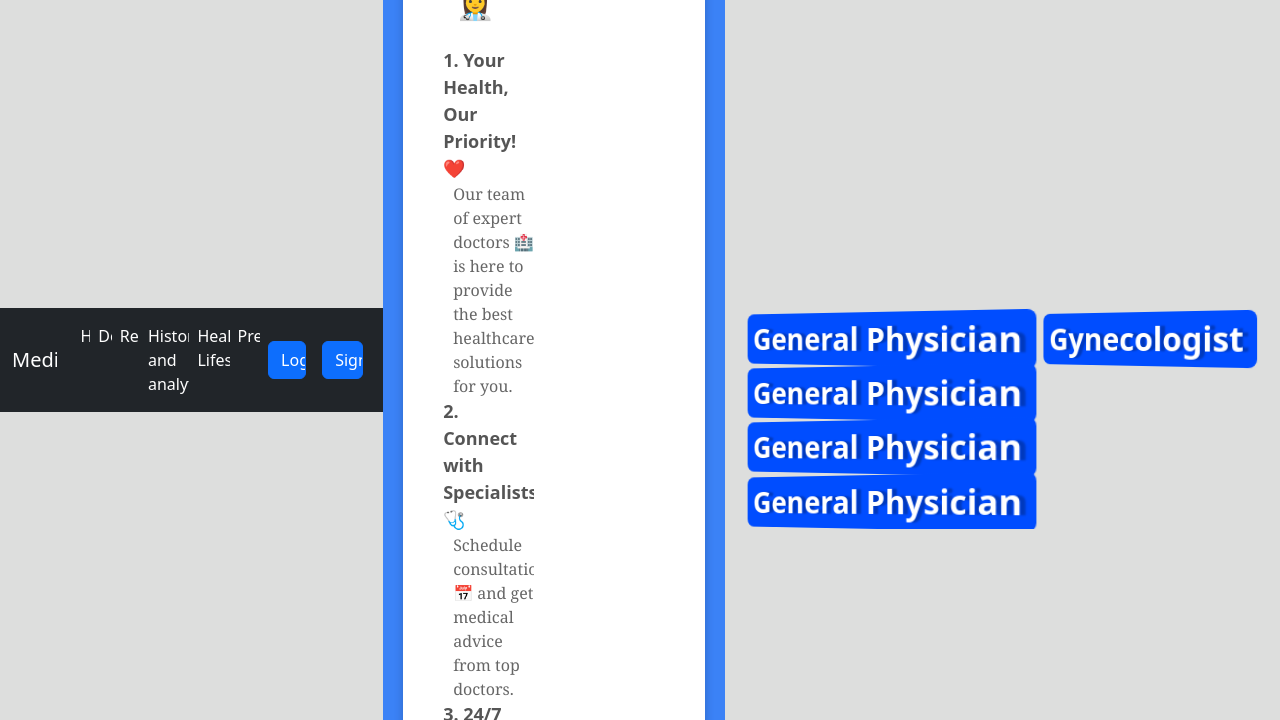
Repository: rahul-chakradhari/PillWise
Page: /doctors (app in frontend/)
The author's editor kept a copy of each file at every save. The page is drawn from the files as they stood at one save, then again after the next save.
The browser window is 1280 px wide. The pictures show the whole page.
The page's requests for data from a server got no answer. The project was rebuilt for these pictures with package versions that can differ from the ones it lists, and the page was loaded fresh each time. No one was signed in, and anything a server would have sent is missing. Also part of the build but not shown: frontend/vite.config.js, frontend/src/components/Home.jsx, frontend/src/components/History.jsx, frontend/src/components/Remainder.jsx, frontend/src/components/Healthy.jsx, frontend/src/components/Prescription.jsx.

Above is the page before, as saved 2025-03-06 18:06:51.

### frontend/index.html
<!DOCTYPE html>
<html lang="en">
  <head>
    <meta charset="UTF-8" />
    <link rel="icon" type="image/svg+xml" href="/vite.svg" />
    <meta name="viewport" content="width=device-width, initial-scale=1.0" />
    <link
      href="https://cdn.jsdelivr.net/npm/bootstrap@5.3.3/dist/css/bootstrap.min.css"
      rel="stylesheet"
      integrity="sha384-QWTKZyjpPEjISv5WaRU9OFeRpok6YctnYmDr5pNlyT2bRjXh0JMhjY6hW+ALEwIH"
      crossorigin="anonymous"
    />
    <link
      rel="stylesheet"
      href="https://cdnjs.cloudflare.com/ajax/libs/font-awesome/6.5.1/css/all.min.css"
    />

    <title>MediTrack-Smart-Medicine-Reminder-Tracker</title>
  </head>
  <body>
    <div id="root"></div>
    <script type="module" src="/src/main.jsx"></script>
    <script
      src="https://cdn.jsdelivr.net/npm/bootstrap@5.3.3/dist/js/bootstrap.bundle.min.js"
      integrity="sha384-YvpcrYf0tY3lHB60NNkmXc5s9fDVZLESaAA55NDzOxhy9GkcIdslK1eN7N6jIeHz"
      crossorigin="anonymous"
    ></script>
  </body>
</html>

### frontend/src/App.jsx
import "./App.css";

import { Routes, Route } from "react-router-dom";
import Navbar from "./components/Navbar";
import Home from "./components/Home";
import History from "./components/History";
import Remainder from "./components/Remainder";
import Doctors from "./components/Doctors";
import Healthy from "./components/Healthy";
import Prescription from "./components/Prescription";
function App() {
  return (
    <div className="app">
      <Navbar />
      <Routes>
        <Route path="/" element={<Home />} />
        <Route path="/history" element={<History />} />
        <Route path="/remainder" element={<Remainder />} />
        <Route path="/doctors" element={<Doctors />} />
        <Route path="/healthy" element={<Healthy />} />
        <Route path="/prescription" element={<Prescription />} />
      </Routes>
    </div>
  );
}

export default App;

### frontend/src/App.css
* {
  margin: 0;
}
.app {
  background-color: #dddedd;
  min-height: 100vh;
  display: flex;
  justify-content: center;
  align-items: center;
}

### frontend/src/components/Navbar.jsx
import React from "react";
import { Link } from "react-router-dom";
const Navbar = () => {
  const isLoggedin = localStorage.getItem("auth-token");
  return (
    <div>
      <nav className="navbar navbar-expand-lg navbar-dark bg-dark">
        <div className="container-fluid">
          <Link className="navbar-brand" to="#">
            MediTrack <i className="fa-solid fa-house-medical"></i>{" "}
          </Link>
          <button
            className="navbar-toggler"
            type="button"
            data-bs-toggle="collapse"
            data-bs-target="#navbarSupportedContent"
            aria-controls="navbarSupportedContent"
            aria-expanded="false"
            aria-label="Toggle navigation"
          >
            <span className="navbar-toggler-icon"></span>
          </button>
          <div className="collapse navbar-collapse" id="navbarSupportedContent">
            <ul className="navbar-nav me-auto mb-2 mb-lg-0">
              <li className="nav-item">
                <Link className="nav-link active" aria-current="page" to="/">
                  Home
                </Link>
              </li>

              <li className="nav-item">
                <Link
                  className="nav-link active"
                  aria-current="page"
                  to="/doctors"
                >
                  Doctors
                </Link>
              </li>
              <li className="nav-item">
                <Link
                  className="nav-link active"
                  aria-current="page"
                  to="/remainder"
                >
                  Remainder
                </Link>
              </li>
              <li className="nav-item">
                <Link
                  className="nav-link active"
                  aria-current="page"
                  to="/history"
                >
                  History and analytics
                </Link>
              </li>
              <li className="nav-item">
                <Link
                  className="nav-link active"
                  aria-current="page"
                  to="/healthy"
                >
                  Healthy Lifestyle
                </Link>
              </li>
              <li className="nav-item">
                <Link
                  className="nav-link active"
                  aria-current="page"
                  to="/prescription"
                >
                  Prescription
                </Link>
              </li>

              {/*"Contribute" tab sirf logged-in users ke liye */}
              {isLoggedin && (
                <li>
                  <Link className="nav-link-active" to="/contribute">
                    Contribute
                  </Link>
                </li>
              )}
            </ul>
            <Link to="/login" className="btn btn-primary mx-2">
              Login
            </Link>
            <Link to="/signup" className="btn btn-primary mx-2">
              Signup
            </Link>
          </div>
        </div>
      </nav>
    </div>
  );
};

export default Navbar;

### frontend/src/components/Doctors.jsx
import React, { useEffect, useState } from "react";
import Lottie from "lottie-react";
import "./styles.css";

const Doctors = () => {
  const [animationData, setAnimationData] = useState(null);

  useEffect(() => {
    fetch("/Animation - 1741258183863.json")
      .then((response) => response.json())
      .then((data) => setAnimationData(data))
      .catch((error) => console.error("Error loading animation:", error));
  }, []);

  return (
    <>
      <div className="doctors-container">
        <div className="doctors-content">
          <div className="doctors-text">
            <div className="title">Meet Our Doctors 👨‍⚕️👩‍⚕️</div>
            <div className="texts">
              <b>
                {" "}
                1. Your Health, Our Priority! ❤️ <br />
              </b>
              <div className="subtexts">
                Our team of expert doctors 🏥 is here to provide the best
                healthcare solutions for you.
              </div>
              <b>
                2. Connect with Specialists 🩺 <br />
              </b>
              <div className="subtexts">
                Schedule consultations 📅 and get medical advice from top
                doctors.
              </div>
              <b>
                {" "}
                3. 24/7 Medical Assistance 🚑 <br />
              </b>
              <div className="subtexts">
                Get round-the-clock support and emergency medical help when
                needed.
              </div>
              <br />
              <button className="button-64" role="button">
                <span className="text">Book appointment</span>
              </button>
            </div>
          </div>
          <div className="doctors-image">
            {animationData && (
              <Lottie
                animationData={animationData}
                loop={true}
                className="animation-style"
              />
            )}
          </div>
        </div>
      </div>
      <div>
        <div className="speci">
          <h3>Find by Speciality</h3>
        </div>
        <button class="button-92" role="button">
          General Physician
        </button>
        <button class="button-92" role="button">
          Gynecologist
        </button>
        <button class="button-92" role="button">
          General Physician
        </button>
        <button class="button-92" role="button">
          General Physician
        </button>
        <button class="button-92" role="button">
          General Physician
        </button>
      </div>
    </>
  );
};

export default Doctors;

### frontend/src/components/styles.css
* {
  margin: 0;
  padding: 0;
  box-sizing: border-box; /* Ensure padding/margin don't cause overflow */
  overflow-x: hidden; /* Horizontal scroll hatane ke liye */
}
body,
html {
  width: 100%;
  height: 100%;
}
body {
  overflow-y: scroll; /* Scroll allow karega */
  scrollbar-width: none; /* Firefox ke liye */
  -ms-overflow-style: none; /* IE aur Edge ke liye */
}

body::-webkit-scrollbar {
  display: none; /* Chrome, Safari ke liye */
}

.container {
  display: flex;
  align-items: center;
  justify-content: space-between;
  padding: 20px;
  width: 100vw;
  height: 100vh;
  overflow-y: scroll;
  scrollbar-width: none; /* Firefox ke liye */
  -ms-overflow-style: none;
}
.container::-webkit-scrollbar {
  display: none;
}

/* CSS */
.button-64 {
  align-items: center;
  background-image: linear-gradient(144deg, #af40ff, #5b42f3 50%, #00ddeb);
  border: 0;
  border-radius: 8px;
  box-shadow: rgba(151, 65, 252, 0.2) 0 15px 30px -5px;
  box-sizing: border-box;
  color: #ffffff;
  display: flex;
  font-family: Phantomsans, sans-serif;
  font-size: 20px;
  justify-content: center;
  line-height: 1em;
  max-width: 100%;
  min-width: 140px;
  padding: 3px;
  text-decoration: none;
  user-select: none;
  -webkit-user-select: none;
  touch-action: manipulation;
  white-space: nowrap;
  cursor: pointer;
}

.button-64:active,
.button-64:hover {
  outline: 0;
}

.button-64 span {
  background-color: rgb(5, 6, 45);
  padding: 16px 24px;
  border-radius: 6px;
  width: 100%;
  height: 100%;
  transition: 300ms;
}

.button-64:hover span {
  background: none;
}

@media (min-width: 768px) {
  .button-64 {
    font-size: 24px;
    min-width: 196px;
  }
}

/* CSS */
.button-92 {
  --c: #fff;
  /* text color */
  background: linear-gradient(90deg, #0000 33%, #fff5, #0000 67%)
      var(--_p, 100%) / 300% no-repeat,
    #004dff;
  /* background color */
  color: #0000;
  border: none;
  transform: perspective(500px) rotateY(calc(20deg * var(--_i, -1)));
  text-shadow: calc(var(--_i, -1) * 0.08em) -0.01em 0 var(--c),
    calc(var(--_i, -1) * -0.08em) 0.01em 2px #0004;
  outline-offset: 0.1em;
  transition: 0.3s;
}

.button-92:hover,
.button-92:focus-visible {
  --_p: 0%;
  --_i: 1;
}

.button-92:active {
  text-shadow: none;
  color: var(--c);
  box-shadow: inset 0 0 9e9Q #0005;
  transition: 0s;
}

.button-92 {
  font-weight: bold;
  font-size: 2rem;
  margin: 0;
  cursor: pointer;
  padding: 0.1em 0.3em;
}
.title {
  margin-left: 182px;
  font-family: "Poppins", sans-serif;
  font-weight: bold;
  margin-bottom: 75px;
}
.subtexts {
  font-family: Cambria, Cochin, Georgia, Times, "Times New Roman", serif;
}
.texts {
  font-size: 18px;
  gap: 12px;
  margin-top: 19px;
}
.image {
  flex: 1;
  display: flex;
  width: 399.99px;
  height: 640.01px;
  justify-content: flex-end;
  max-width: 50%;
  overflow: hidden;
  max-width: 100%; /* Image container ko responsive banane ke liye */
  max-height: 100vh;
}

.text {
  flex: 1; /* Text ka section */
  text-align: left; /* Ensure left alignment */
  font-size: 24px;
  font-weight: bold;
}

.animation-style {
  width: 700px; /* Adjust as needed */
  height: 700px; /* Maximum width of animation */
  flex: 1;
  margin-bottom: 122px;
}
.doctors-container {
  background-color: rgb(59 130 246); /* Cyan Background */
  display: flex;
  justify-content: center;
  align-items: center;
  height: 100vh;
  padding: 20px;
}

.doctors-content {
  display: flex;
  flex-direction: row; /* Left-Right Layout */
  max-width: 1200px;
  width: 100%;
  background: white;
  border-radius: 20px;
  overflow: hidden;
  box-shadow: 0px 4px 10px rgba(0, 0, 0, 0.2);
}

.doctors-image {
  flex: 1;
  display: flex;
  justify-content: center;
  align-items: center;
  padding: 20px;
}

.doctors-text {
  flex: 1;
  padding: 40px;
  text-align: left;
  margin-top: 180px;
}

.title {
  font-size: 32px;
  font-weight: bold;
  color: #333;
  margin-bottom: 20px;
  margin-left: 12px;
}

.texts {
  font-size: 18px;
  color: #555;
}

.subtexts {
  font-size: 16px;
  color: #666;
  margin-left: 10px;
}
.doctors-text .texts {
  font-size: 18px;
  color: #555; /* Text ka color */
}

.doctors-text .subtexts {
  font-size: 16px;
  color: #666; /* Subtext ka color */
  margin-left: 10px;
}
.speci {
  margin-top: 12px;
  margin-left: 582px;
}

Loaded but not shown: frontend/src/main.jsx (common file); frontend/src/index.css (common file)

After the next save:
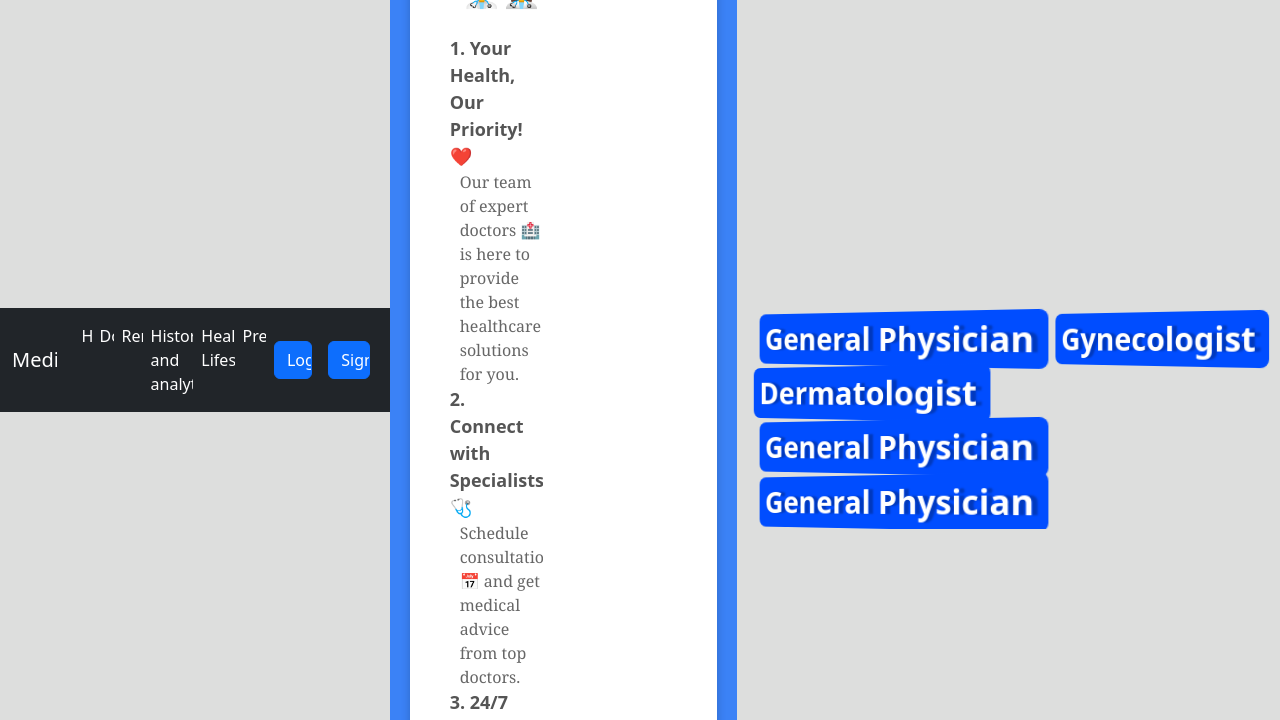
Saved 9 s later.
--- a/frontend/src/components/Doctors.jsx
+++ b/frontend/src/components/Doctors.jsx
@@ -70,7 +70,7 @@
           Gynecologist
         </button>
         <button class="button-92" role="button">
-          General Physician
+          Dermatologist
         </button>
         <button class="button-92" role="button">
           General Physician
